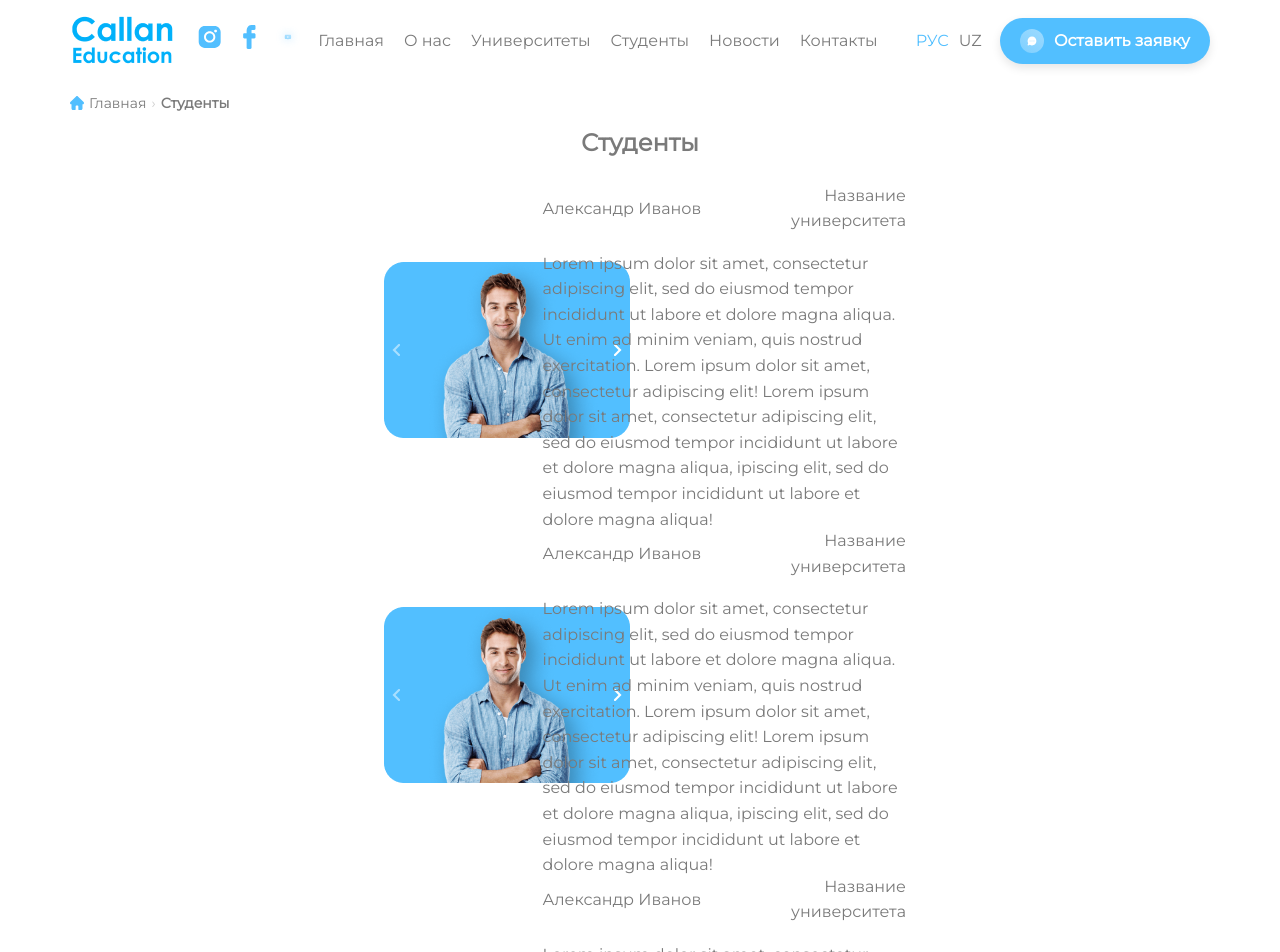
Repository: olyakorzh/Team-project-1
Page: assets/pages/students.html
An editor plug-in stored every save of this project. The page is shown before and after a run of saves, followed by the edit.
The browser window is 1280 px wide. The pictures show the part of the page from y = 0 to 952 px (the page is 2667 px tall).
A picture or video elsewhere on the page could not be fetched, so the positions and the page height are approximate.

Above is the page before, as saved 2024-12-08 11:38:01.

After the next 2 saves:
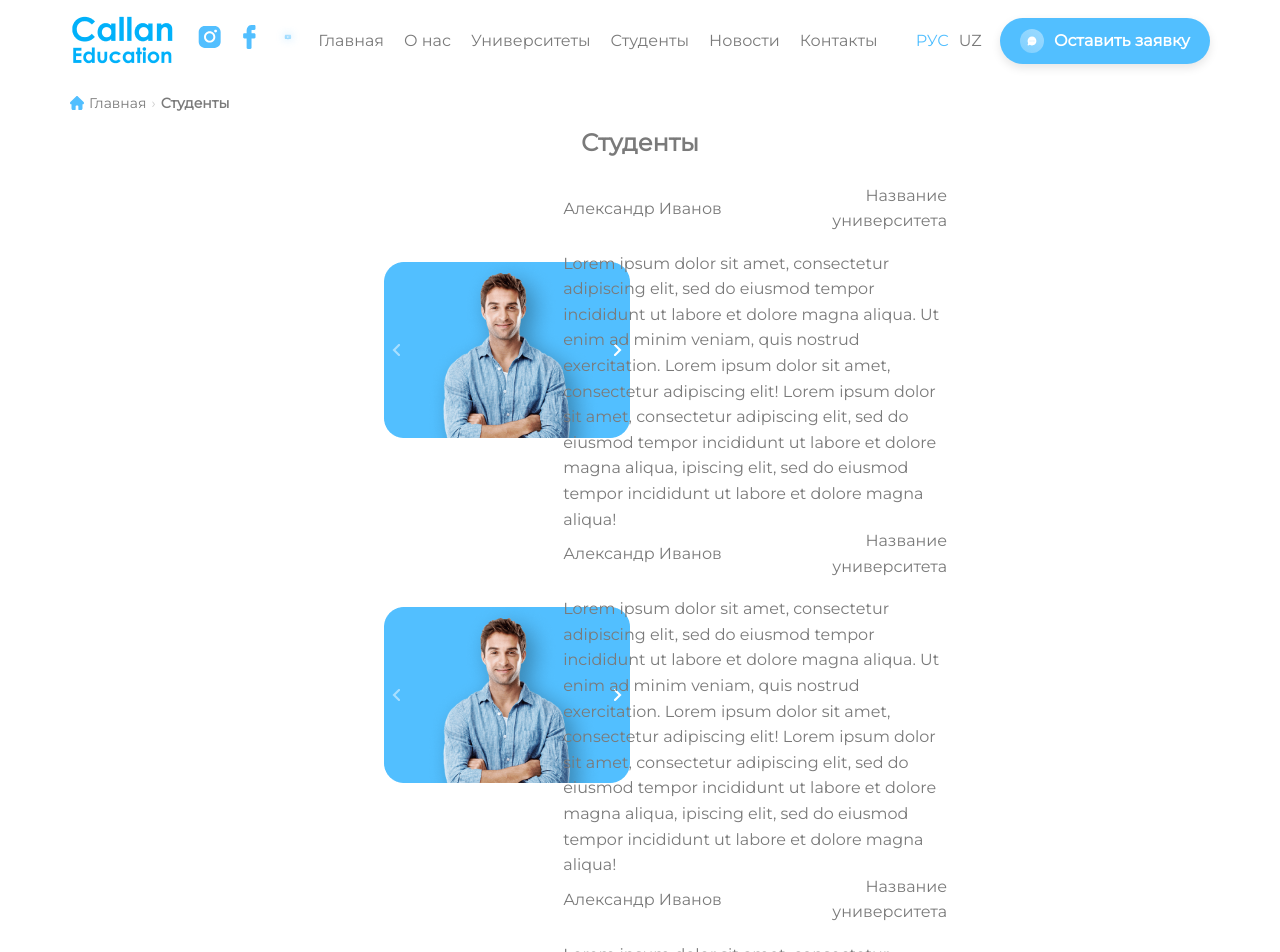
The 2 saves are shown as one change because they came seconds apart.
The last was saved 6 s later.
--- a/assets/styles/students.css
+++ b/assets/styles/students.css
@@ -193,7 +193,7 @@
     display: grid;
     grid-template-columns: 30% 35% 35%;
     grid-template-rows: 20% 80%;
-    gap: 5% 5px;
+    gap: 5% 5%;
     align-items: center;
     width: 40%;
     margin-top: 1%;
